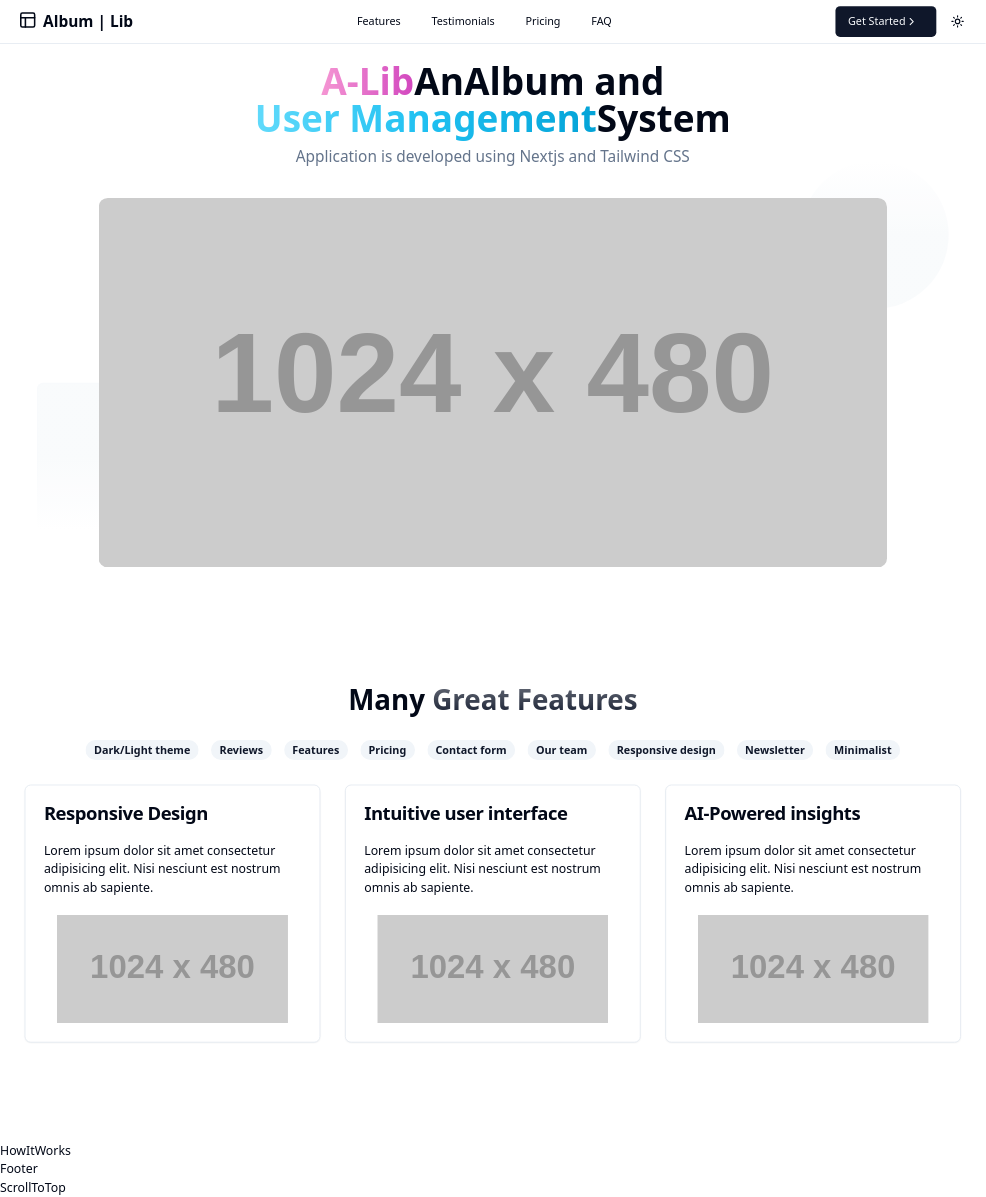
Repository: DevLaukey/savannah-informatics-test
Page: /
The author's editor kept a copy of each file at every save. The page is drawn from the files as they stood at one save, then again after the next save.
The browser window is 1280 px wide. The pictures show the whole page, at 77% of full size.
The project was rebuilt for these pictures with package versions that can differ from the ones it lists, and the page was loaded fresh each time. The framework's server and built-in components were replaced by stand-ins that run in the browser. Also part of the build but not shown: next.config.mjs.

Above is the page before, as saved 2024-06-04 22:23:33.

After the next save:
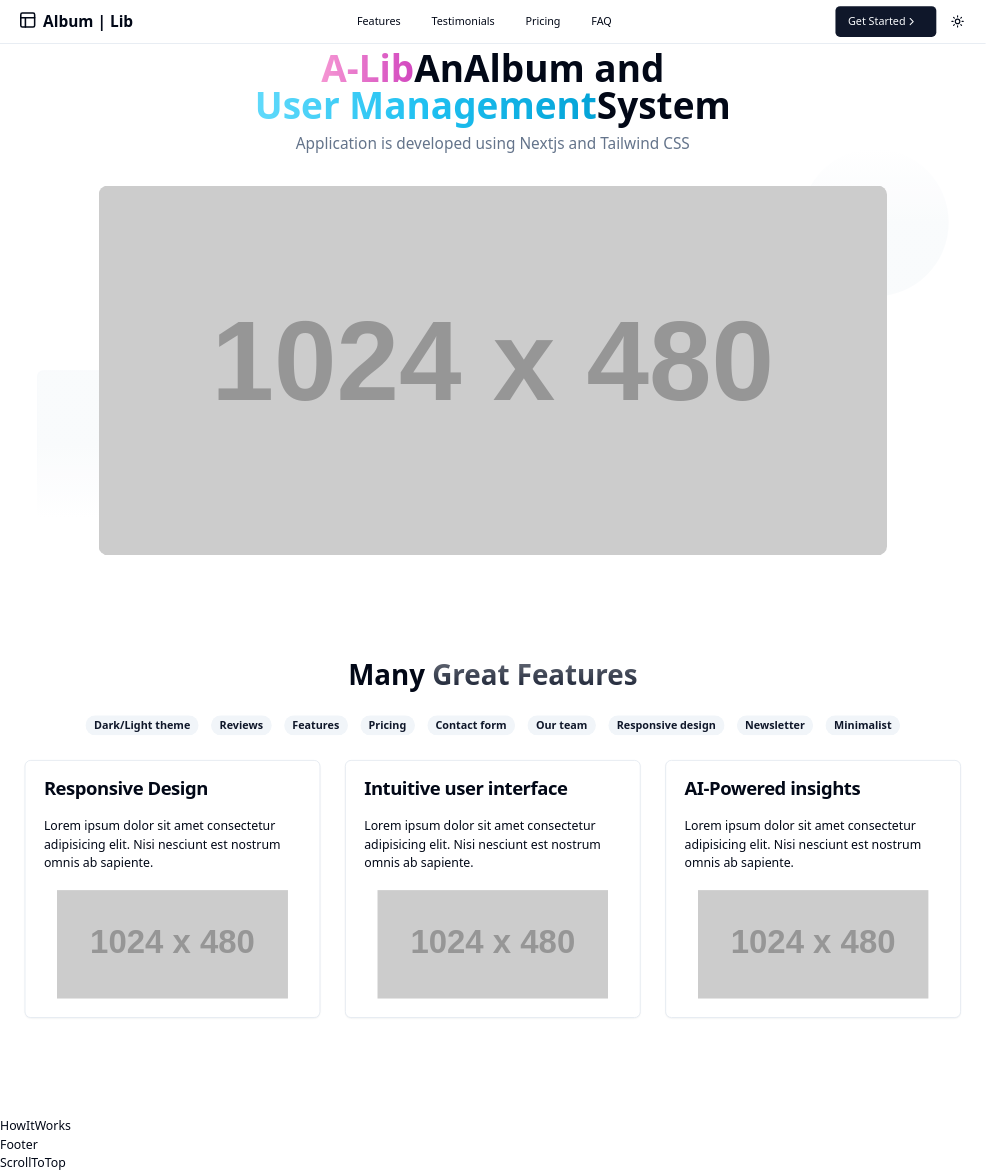
Saved 8 s later.
--- a/components/landing-page/Hero.jsx
+++ b/components/landing-page/Hero.jsx
@@ -2,7 +2,7 @@ const Hero = () => {
   return (
     <>
       {/* Hero */}
-      <div className="relative overflow-hidden py-2 lg:py-6">
+      <div className="relative overflow-hidden py-2 ">
         <div className="container">
           <div className="max-w-2xl text-center mx-auto">
             <main className="text-3xl md:text-5xl font-bold">
